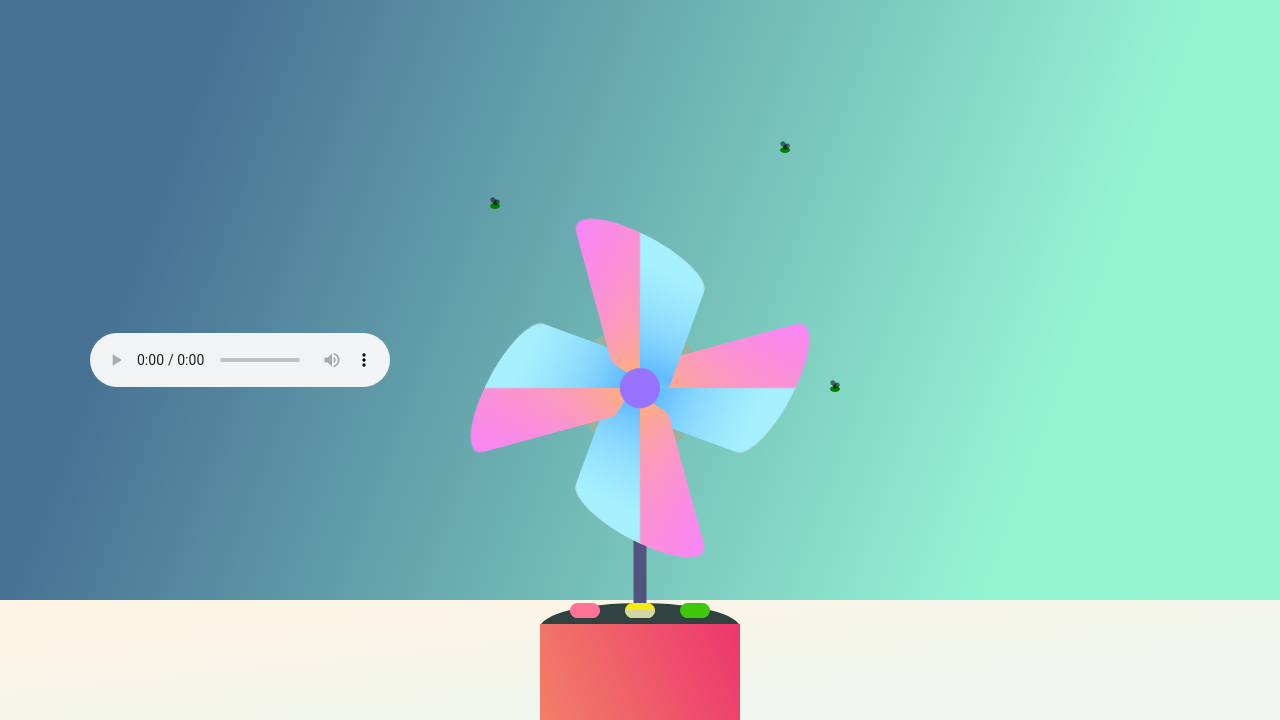
Repository: VuTuanAnh0949/CodeFan
Page: index.html
The author's editor kept a copy of each file at every save. The page is drawn from the files as they stood at one save, then again after the next save.
The browser window is 1280 px wide. The pictures show the whole page.

Above is the page before, as saved 2022-06-22 12:55:26.

After the next save:
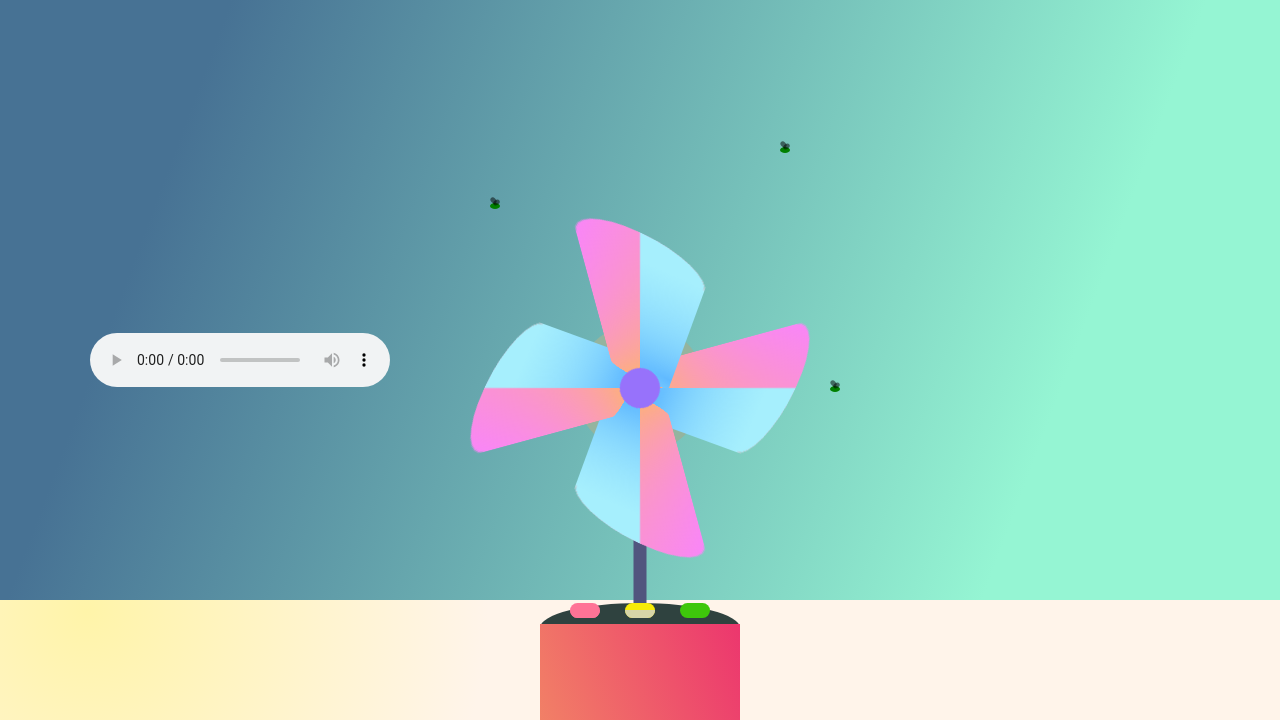
Saved 17 s later.
--- a/style.css
+++ b/style.css
@@ -24,7 +24,7 @@
     content: "";
     height: calc(100% - 600px);
     z-index: 0;
-    background-image: linear-gradient( 174.2deg,  rgba(255,244,228,1) 7.1%, rgba(240,246,238,1) 67.4% );
+    background-image: radial-gradient( circle 400px at 6.8% 8.3%,  rgba(255,244,169,1) 0%, rgba(255,244,234,1) 100.2% );
     bottom: 0;
 }
 @keyframes spin {

After the save that followed:
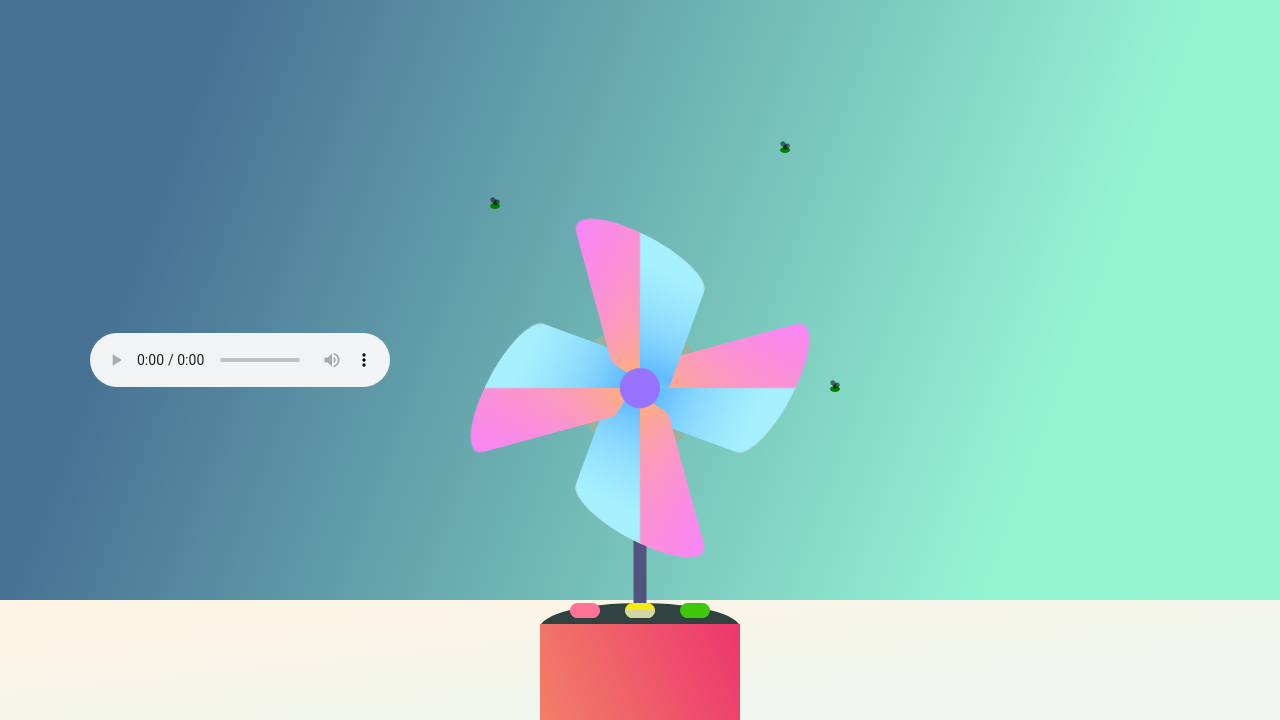
Saved 10 s later.
--- a/style.css
+++ b/style.css
@@ -24,7 +24,7 @@
     content: "";
     height: calc(100% - 600px);
     z-index: 0;
-    background-image: radial-gradient( circle 400px at 6.8% 8.3%,  rgba(255,244,169,1) 0%, rgba(255,244,234,1) 100.2% );
+    background-image: linear-gradient( 174.2deg,  rgba(255,244,228,1) 7.1%, rgba(240,246,238,1) 67.4% );
     bottom: 0;
 }
 @keyframes spin {
